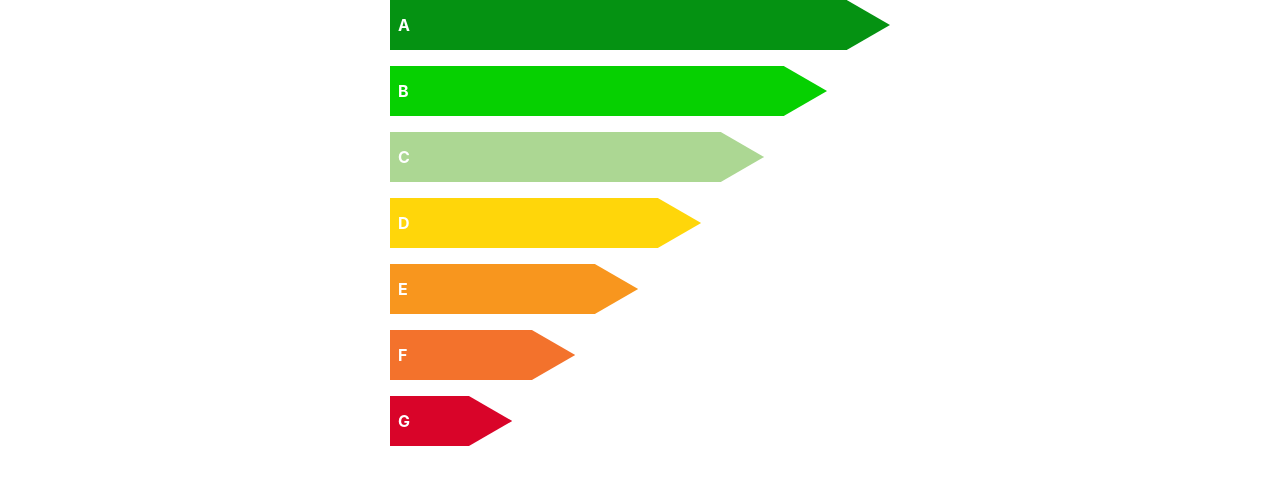
Repository: abdouAppcraft/Predict-DPE
Page: /result
These files come from the project's save history. The page is drawn as it stood at one moment and after the next save; the edit follows.
The browser window is 1280 px wide. The pictures show the whole page.
The project was rebuilt for these pictures with package versions that can differ from the ones it lists, and the page was loaded fresh each time. Also part of the build but not shown: src/hooks/useDpeOptions.tsx, src/screens/PredictForm/PredictForm.css, src/strings/string.ts, src/utils/computeData.ts, src/screens/PredictForm/PredictForm.tsx.

Above is the page before, as saved 2024-06-12 09:59:10.

### src/App.tsx
import React from "react";
import PredictForm from "./screens/PredictForm/PredictForm";
import { createBrowserRouter, RouterProvider } from "react-router-dom";
import Result from "./screens/Result/Result";

const router = createBrowserRouter([
  {
    path: "/",
    Component: PredictForm,
  },
  {
    path: "/result",
    Component: Result,
  },
]);

const App: React.FC = () => {
  return (
    <>
      <RouterProvider router={router} />
    </>
  );
};

export default App;

### src/screens/Result/Result.tsx
import React from "react";
import "./Result.css";

type Props = {};

const letter = [
  { label: "A", color: "#059212" },
  { label: "B", color: "#06D001" },
  { label: "C", color: "#ACD793" },
  { label: "D", color: "#ffd60a" },
  { label: "E", color: "#f8961e" },
  { label: "F", color: "#f3722c" },
  { label: "G", color: "#d90429" },
];

const Result: React.FC<Props> = (props) => {
  return (
    <div style={{ maxWidth: 500, margin: "auto" }}>
      {letter.map((l, index) => (
        <ResultItem {...l} flex={(letter.length - index) / letter.length} />
      ))}
    </div>
  );
};

export default Result;

const ResultItem: React.FC<{ flex: number; label: string; color: string }> = ({
  flex,
  label,
  color,
}) => {
  return (
    <div>
      <div style={{ display: "flex", height: 50, marginBottom: "1rem" }}>
        <div
          style={{
            flex,
            backgroundColor: color,
            placeContent: "center",
            fontWeight: "bold",
            color: "white",
            padding: ".5rem",
          }}
        >
          {label}
        </div>
        <div style={{ backgroundColor: color }} className=" triangle"></div>
      </div>
    </div>
  );
};

### src/screens/Result/Result.css
/* HTML: <div class="triangle"></div> */
.shape {
    background: linear-gradient(45deg,#FA6900,#C02942);

}

.triangle {
    aspect-ratio: cos(30deg);
    clip-path: polygon(0 0,100% 50%,0 100%);
  }

Loaded but not shown: public/index.html (common file); src/index.tsx (common file); src/index.css (common file); src/reportWebVitals.ts (common file)

After the next save:
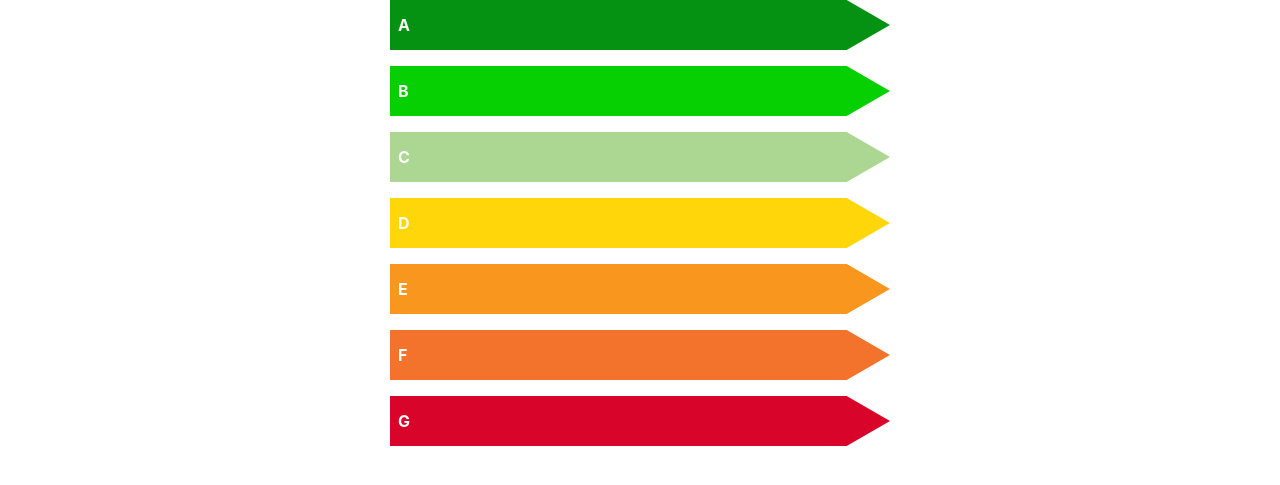
Saved 28 s later.
--- a/src/screens/Result/Result.tsx
+++ b/src/screens/Result/Result.tsx
@@ -17,7 +17,7 @@
   return (
     <div style={{ maxWidth: 500, margin: "auto" }}>
       {letter.map((l, index) => (
-        <ResultItem {...l} flex={(letter.length - index) / letter.length} />
+        <ResultItem {...l} flex={letter.length / (letter.length - index)} />
       ))}
     </div>
   );

After the save that followed:
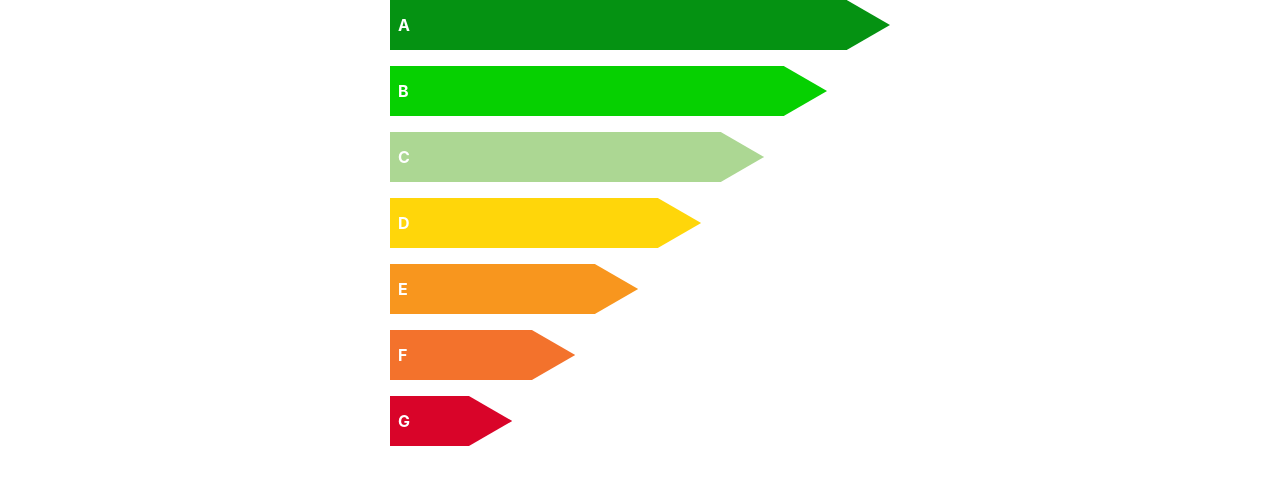
Saved 6 s later.
--- a/src/screens/Result/Result.tsx
+++ b/src/screens/Result/Result.tsx
@@ -17,7 +17,7 @@
   return (
     <div style={{ maxWidth: 500, margin: "auto" }}>
       {letter.map((l, index) => (
-        <ResultItem {...l} flex={letter.length / (letter.length - index)} />
+        <ResultItem {...l} flex={(letter.length - index) / letter.length} />
       ))}
     </div>
   );
